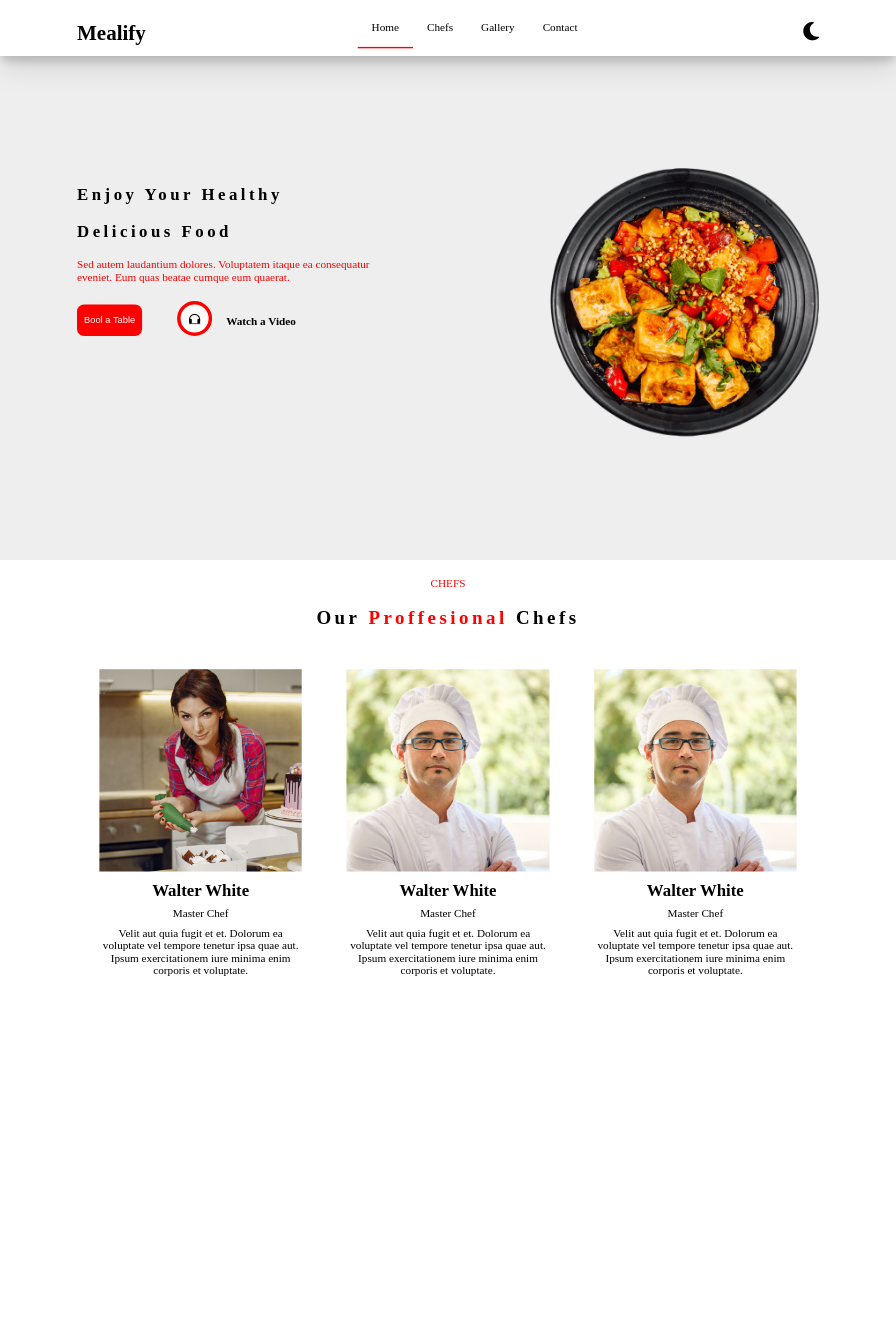
Repository: Ahmedalid/New-project
Page: Rout/index.html
These files come from the project's save history. The page is drawn as it stood at one moment and after the next save; the edit follows.
The browser window is 1280 px wide. The pictures show the part of the page from y = 0 to 1920 px (the page is 5000 px tall), at 70% of full size.

Above is the page before, as saved 2023-06-08 11:21:08.

After the next save:
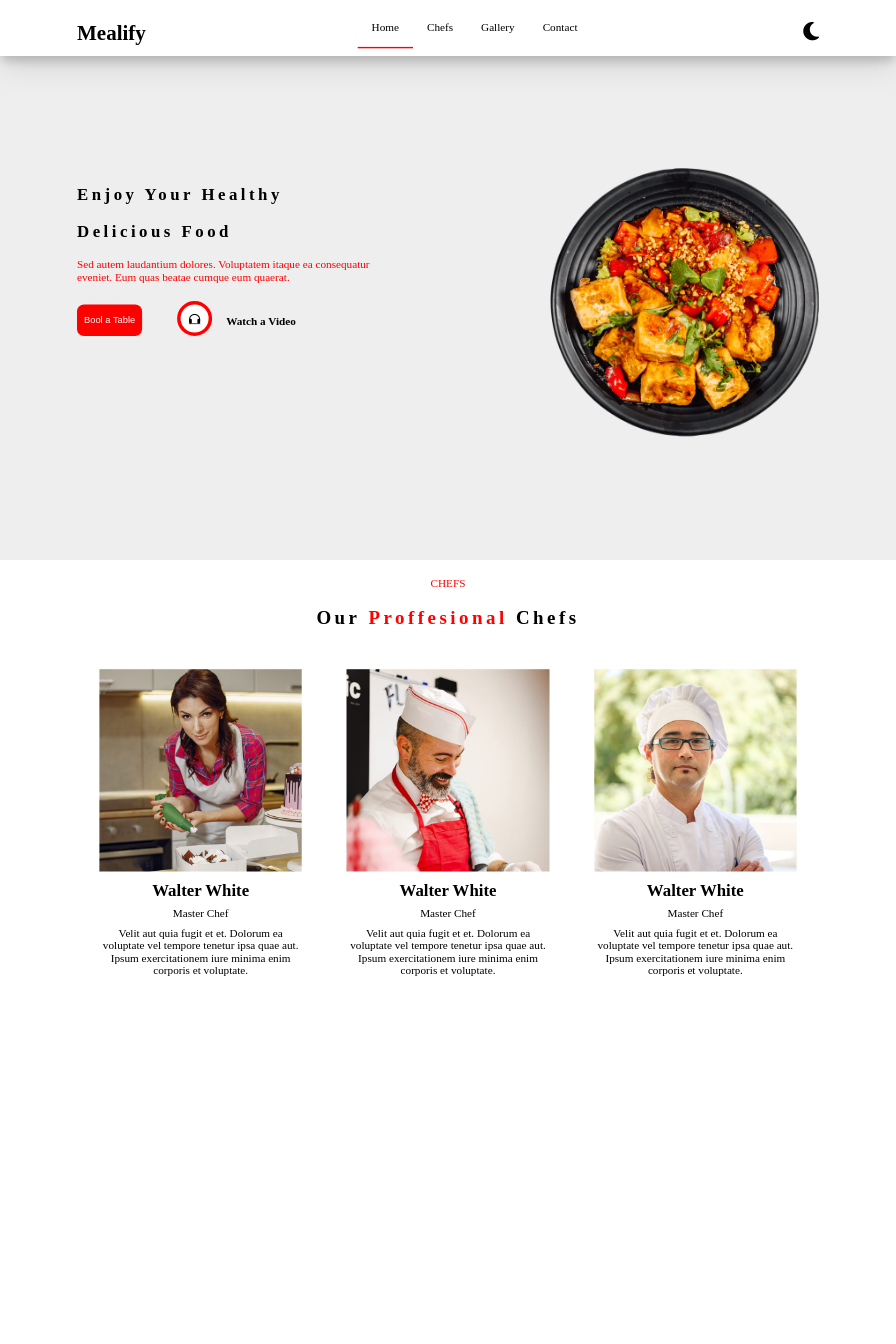
Saved 12 s later.
--- a/Rout/index.html
+++ b/Rout/index.html
@@ -82,7 +82,7 @@
         </div>
         <div class="mt card-img">
             <div class="">
-                <img src="img/chefs-3.jpg" alt="">
+                <img src="img/chefs-1.jpg" alt="">
                 <h2 class="text-center mt-1">Walter White </h5>
                 <p class="text-center mt-1">Master Chef</p>
                 <p class="text-center mt-1">
